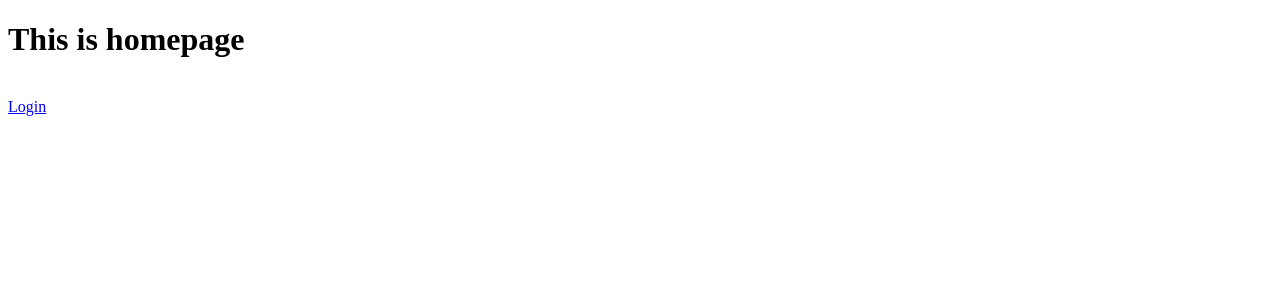
Repository: gkalivar/Java-projects
Page: http://localhost/7_Basic_Application_using_MVC/
These files come from the project's save history. The page is drawn as it stood at one moment and after the next save; the edit follows.
The browser window is 1280 px wide. The pictures show the whole page.
The page is served by Tomcat 10. Other server files are loaded and not shown.

Above is the page before, as saved 2022-07-07 06:51:44.

### 7_Basic_Application_using_MVC/src/main/webapp/index.jsp
<%@ page language="java" contentType="text/html; charset=ISO-8859-1"
    pageEncoding="ISO-8859-1"%>
<!DOCTYPE html>
<html>
<head>
<meta charset="ISO-8859-1">
<title>My homepage</title>
</head>
<body>
<h1>This is homepage</h1>

<br>
<a href ="<%= request.getContextPath() %>/Controller?page=login">Login</a>

</body>
</html>

After the next save:
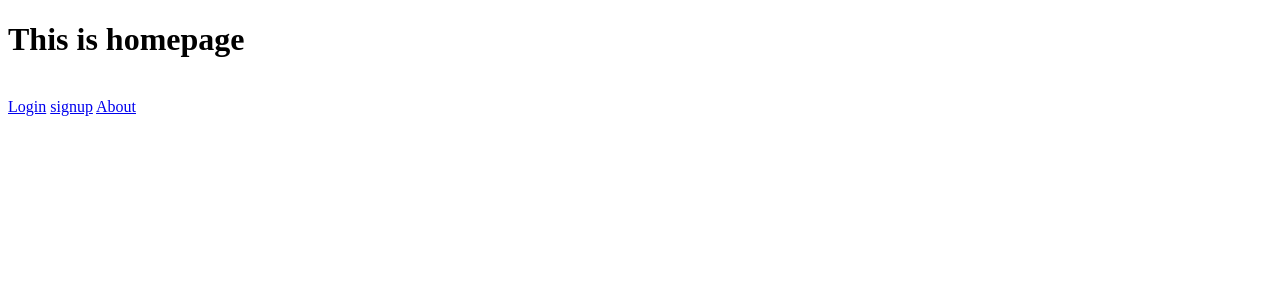
Saved 106 s later.
--- a/7_Basic_Application_using_MVC/src/main/webapp/index.jsp
+++ b/7_Basic_Application_using_MVC/src/main/webapp/index.jsp
@@ -11,6 +11,8 @@
 
 <br>
 <a href ="<%= request.getContextPath() %>/Controller?page=login">Login</a>
+<a href ="<%= request.getContextPath() %>/Controller?page=signup">signup</a>
+<a href ="<%= request.getContextPath() %>/Controller?page=about">About</a>
 
 </body>
 </html>
